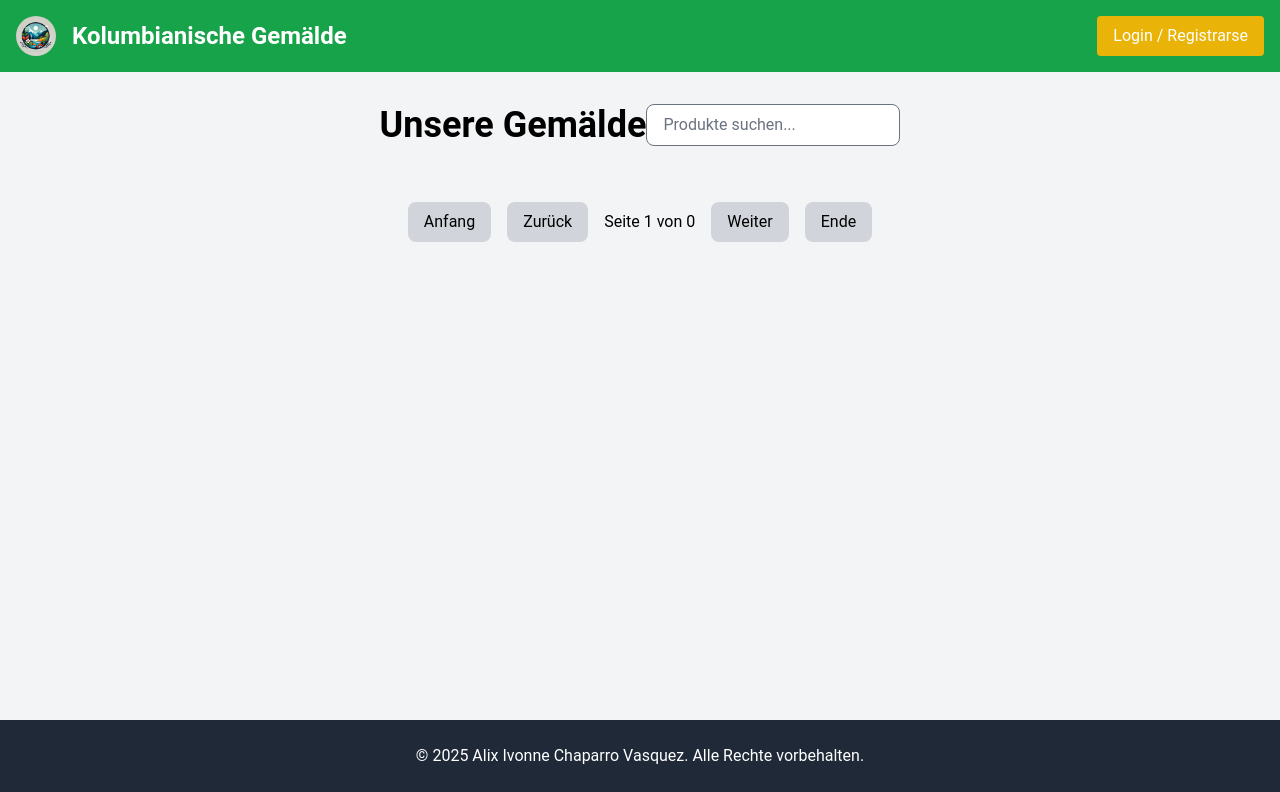
Repository: alixchaparrov/bilder-shop
Page: /
An editor plug-in stored every save of this project. The page is shown before and after the next save, followed by the edit.
The browser window is 1280 px wide. The pictures show the whole page.
The page's requests for data from a server got no answer. The project was rebuilt for these pictures with package versions that can differ from the ones it lists, and the page was loaded fresh each time. The framework's server and built-in components were replaced by stand-ins that run in the browser. No one was signed in, and anything a server would have sent is missing. Also part of the build but not shown: next.config.ts, src/app/components/AuthModalContent.tsx, src/store/cartStore.ts, src/app/components/ProductCard.tsx.

Above is the page before, as saved 2025-01-04 12:44:30.

### src/app/layout.tsx
"use client";

import "./globals.css";
import { Geist, Geist_Mono } from "next/font/google";
import { AuthProvider } from "@/context/AuthContext"; // Ruta precisa
import Navbar from "@/app/components/Navbar";

const geistSans = Geist({
  variable: "--font-geist-sans",
  subsets: ["latin"],
});

const geistMono = Geist_Mono({
  variable: "--font-geist-mono",
  subsets: ["latin"],
});

export default function RootLayout({
  children,
}: {
  children: React.ReactNode;
}) {
  return (
    <html lang="de">
      <head>
        <title>Kolumbianische Gemälde</title>
        <meta
          name="description"
          content="Galerie von kolumbianischen Landschaftsgemälden. Entdecken Sie die Schönheit Kolumbiens durch unsere einzigartigen Kunstwerke."
        />
        <link rel="icon" href="/favicon.png" />
      </head>
      <body className={`${geistSans.variable} ${geistMono.variable} antialiased`}>
        <AuthProvider>
          <Navbar />
          {children}
        </AuthProvider>
      </body>
    </html>
  );
}

### src/app/page.tsx
"use client";

import { useState, useEffect } from "react";
import client from "@/lib/sanity"; // Cliente de Sanity
import ProductCard from "@/app/components/ProductCard";
import Navbar from "@/app/components/Navbar"; // Asegúrate de que el Navbar esté correctamente importado

export default function Home() {
  const [products, setProducts] = useState([]); // Estado para productos
  const [searchQuery, setSearchQuery] = useState("");
  const [darkMode, setDarkMode] = useState(false);
  const [currentPage, setCurrentPage] = useState(1);
  const itemsPerPage = 6; // Productos por página

  // Cargar productos desde Sanity
  useEffect(() => {
    const fetchProducts = async () => {
      try {
        const fetchedProducts = await client.fetch(`*[_type == "product"]`);
        setProducts(fetchedProducts);
      } catch (err) {
        console.error("Error al cargar productos:", err);
      }
    };

    fetchProducts();
  }, []);

  // Filtrar productos
  const filteredProducts = products.filter((product) =>
    product.name.toLowerCase().includes(searchQuery.toLowerCase())
  );

  const totalPages = Math.ceil(filteredProducts.length / itemsPerPage);
  const paginatedProducts = filteredProducts.slice(
    (currentPage - 1) * itemsPerPage,
    currentPage * itemsPerPage
  );

  return (
    <div
      className={`min-h-screen flex flex-col ${
        darkMode ? "bg-gray-900 text-white" : "bg-gray-100 text-black"
      }`}
    >

      <main className="flex-grow pt-24 p-4 sm:p-8 max-w-7xl mx-auto">
        <div className="flex justify-between items-center mb-6">
          <h2 className="text-2xl sm:text-3xl lg:text-4xl font-semibold">
            Unsere Gemälde
          </h2>
          <input
            type="text"
            placeholder="Produkte suchen..."
            className="px-4 py-2 rounded-lg text-black"
            value={searchQuery}
            onChange={(e) => setSearchQuery(e.target.value)}
          />
        </div>

        {/* Lista de productos */}
        <div className="grid grid-cols-1 sm:grid-cols-2 lg:grid-cols-3 gap-6">
          {paginatedProducts.map((product) => (
            <ProductCard key={product._id} product={product} />
          ))}
        </div>

        {/* Paginación */}
        <div className="flex justify-center items-center mt-8 space-x-4">
          <button
            className="bg-gray-300 px-4 py-2 rounded-lg"
            disabled={currentPage === 1}
            onClick={() => setCurrentPage(1)}
          >
            Anfang
          </button>
          <button
            className="bg-gray-300 px-4 py-2 rounded-lg"
            disabled={currentPage === 1}
            onClick={() => setCurrentPage(currentPage - 1)}
          >
            Zurück
          </button>
          <span>
            Seite {currentPage} von {totalPages}
          </span>
          <button
            className="bg-gray-300 px-4 py-2 rounded-lg"
            disabled={currentPage === totalPages}
            onClick={() => setCurrentPage(currentPage + 1)}
          >
            Weiter
          </button>
          <button
            className="bg-gray-300 px-4 py-2 rounded-lg"
            disabled={currentPage === totalPages}
            onClick={() => setCurrentPage(totalPages)}
          >
            Ende
          </button>
        </div>
      </main>

      {/* Footer */}
      <footer className="bg-gray-800 text-white p-6 text-center">
        <p>
          © {new Date().getFullYear()} Alix Ivonne Chaparro Vasquez. Alle Rechte
          vorbehalten.
        </p>
      </footer>
    </div>
  );
}

### src/app/globals.css
@tailwind base;
@tailwind components;
@tailwind utilities;

/* Color Variables */
:root {
  --background: #f5f5f5;
  --foreground: #333333;
  --primary: #00704A;
  --secondary: #FFB400;
  --accent: #D62828;
}

.dark {
  --background: #121212;
  --foreground: #e0e0e0;
  --primary: #34D399;
  --secondary: #FACC15;
  --accent: #EF4444;
}

/* General Styles */
body {
  background-color: var(--background);
  color: var(--foreground);
  font-family: 'Roboto', sans-serif;
}

/* Navbar */
.navbar {
  @apply fixed top-0 left-0 right-0 z-50 flex justify-between items-center p-4;
  background-color: var(--primary);
  color: white;
}

.navbar input {
  @apply px-4 py-2 rounded-md border;
  border-color: var(--secondary);
  color: var(--foreground);
}

/* Cards */
.card {
  @apply bg-white dark:bg-gray-800 text-black dark:text-white shadow-lg rounded-lg p-6 transition-all;
}

.card:hover {
  @apply transform scale-105 shadow-xl;
}

.card-title {
  @apply text-xl font-bold;
}

.card-description {
  @apply text-sm text-gray-600 dark:text-gray-400;
}

.card-price {
  @apply text-lg font-bold text-primary;
}

/* Buttons */
.btn-primary {
  @apply bg-primary text-white px-4 py-2 rounded-md shadow;
  transition: background-color 0.3s;
}

.btn-primary:hover {
  @apply bg-green-700;
}

.btn-secondary {
  @apply bg-secondary text-black px-4 py-2 rounded-md shadow;
}

.btn-secondary:hover {
  @apply bg-yellow-600;
}

.btn-gray {
  @apply bg-gray-300 text-black px-4 py-2 rounded-md;
}

.btn-gray:disabled {
  @apply bg-gray-200 text-gray-400 cursor-not-allowed;
}

/* Cart Button */
.cart-button {
  @apply relative;
}

.cart-counter {
  @apply absolute -top-2 -right-2 bg-red-500 text-white text-xs font-bold rounded-full w-5 h-5 flex items-center justify-center;
}

/* Modal */
.modal-content {
  @apply bg-white dark:bg-gray-900 p-6 rounded-lg shadow-lg;
}

/* Footer */
footer {
  @apply bg-gray-800 text-white text-center py-4;
}

/* Utilities */
.line-clamp-3 {
  display: -webkit-box;
  -webkit-line-clamp: 3;
  -webkit-box-orient: vertical;
  overflow: hidden;
}

### src/context/AuthContext.tsx
import { createContext, useContext, useState, useEffect } from "react";
import client from "@/lib/sanity";
import bcrypt from "bcryptjs"; // Instala bcryptjs con `npm install bcryptjs`

interface User {
  email: string;
  role: string;
}

interface AuthContextType {
  user: User | null;
  login: (email: string, password: string) => Promise<void>;
  register: (email: string, password: string) => Promise<void>;
  logout: () => void;
}

const AuthContext = createContext<AuthContextType | null>(null);

export const AuthProvider = ({ children }: { children: React.ReactNode }) => {
  const [user, setUser] = useState<User | null>(null);

  const login = async (email: string, password: string) => {
    const query = `*[_type == "user" && email == $email][0]`;
    const result = await client.fetch(query, { email });

    if (!result || !(await bcrypt.compare(password, result.password))) {
      throw new Error("Credenciales incorrectas");
    }

    setUser({ email: result.email, role: result.role });
  };

  const register = async (email: string, password: string) => {
    const hashedPassword = await bcrypt.hash(password, 10);
    await client.create({
      _type: "user",
      email,
      password: hashedPassword,
      role: "user",
    });
  };

  const logout = () => setUser(null);

  return (
    <AuthContext.Provider value={{ user, login, register, logout }}>
      {children}
    </AuthContext.Provider>
  );
};

export const useAuth = () => useContext(AuthContext);

### src/app/components/Navbar.tsx
"use client";

import { useAuth } from "@/context/AuthContext"; // Contexto de autenticación
import { useState, useEffect } from "react";
import AuthModalContent from "./AuthModalContent";

const Navbar = () => {
  const { user, logout } = useAuth(); // Obtener usuario y funciones del contexto
  const [isModalOpen, setIsModalOpen] = useState(false); // Estado del modal de autenticación
  const [isClient, setIsClient] = useState(false); // Asegurar renderizado en cliente

  // Habilitar renderizado en cliente
  useEffect(() => {
    setIsClient(true);
  }, []);

  if (!isClient) return null; // Evitar renderizado en el servidor

  return (
    <>
      {/* Navbar */}
      <nav className="flex justify-between items-center p-4 bg-green-600 text-white">
        {/* Logo y título */}
        <div className="flex items-center space-x-4">
          <img
            src="/images/logo.png"
            alt="Logo"
            className="h-10 w-10 rounded-full"
          />
          <h1 className="text-2xl font-bold">Kolumbianische Gemälde</h1>
        </div>

        {/* Opciones de usuario */}
        <div className="flex items-center space-x-4">
          {user ? (
            <>
              <span>
                Willkommen, <strong>{user.email}</strong>
              </span>
              <button
                onClick={logout}
                className="bg-red-500 hover:bg-red-600 text-white px-4 py-2 rounded"
              >
                Cerrar sesión
              </button>
            </>
          ) : (
            <button
              onClick={() => setIsModalOpen(true)}
              className="bg-yellow-500 hover:bg-yellow-600 text-white px-4 py-2 rounded"
            >
              Login / Registrarse
            </button>
          )}
        </div>
      </nav>

      {/* Modal de autenticación */}
      {isModalOpen && (
        <div className="fixed inset-0 flex items-center justify-center bg-black bg-opacity-50 z-50">
          <div className="bg-white p-6 rounded-lg shadow-lg w-full max-w-md relative">
            {/* Botón para cerrar el modal */}
            <button
              onClick={() => setIsModalOpen(false)}
              className="absolute top-2 right-2 text-gray-600 hover:text-gray-900"
            >
              ✖
            </button>

            {/* Contenido del modal */}
            <AuthModalContent onClose={() => setIsModalOpen(false)} />
          </div>
        </div>
      )}
    </>
  );
};

export default Navbar;

### src/lib/sanity.ts
import { createClient } from "@sanity/client";
import imageUrlBuilder from "@sanity/image-url";

const client = createClient({
  projectId: "mo3mvugi", // Reemplaza con tu Project ID
  dataset: "production",
  apiVersion: "2023-01-01",
  useCdn: true,
});


// Initialize URL builder
const builder = imageUrlBuilder(client);

// Helper function to build image URLs
export const urlFor = (source: any) => builder.image(source);

export default client;

### tailwind.config.ts
import type { Config } from "tailwindcss";

const config: Config = {
  content: [
    "./src/**/*.{js,ts,jsx,tsx}",
    "./src/pages/**/*.{js,ts,jsx,tsx}",
    "./src/components/**/*.{js,ts,jsx,tsx}",
    "./src/app/**/*.{js,ts,jsx,tsx}",
  ],
  theme: {
    extend: {
      colors: {
        primary: "#00704A",
        secondary: "#FFB400",
        accent: "#D62828",
        background: "#F3F4F6",
        card: "#FFFFFF",
        textDark: "#1B1B1B",
        textLight: "#FAFAFA",
      },
      fontFamily: {
        sans: ["Poppins", "sans-serif"],
        serif: ["Merriweather", "serif"],
      },
      boxShadow: {
        card: "0 4px 6px rgba(0, 0, 0, 0.1)",
      },
    },
  },
  darkMode: "class",
  plugins: [require("@tailwindcss/forms")],
};

export default config;

After the next save:
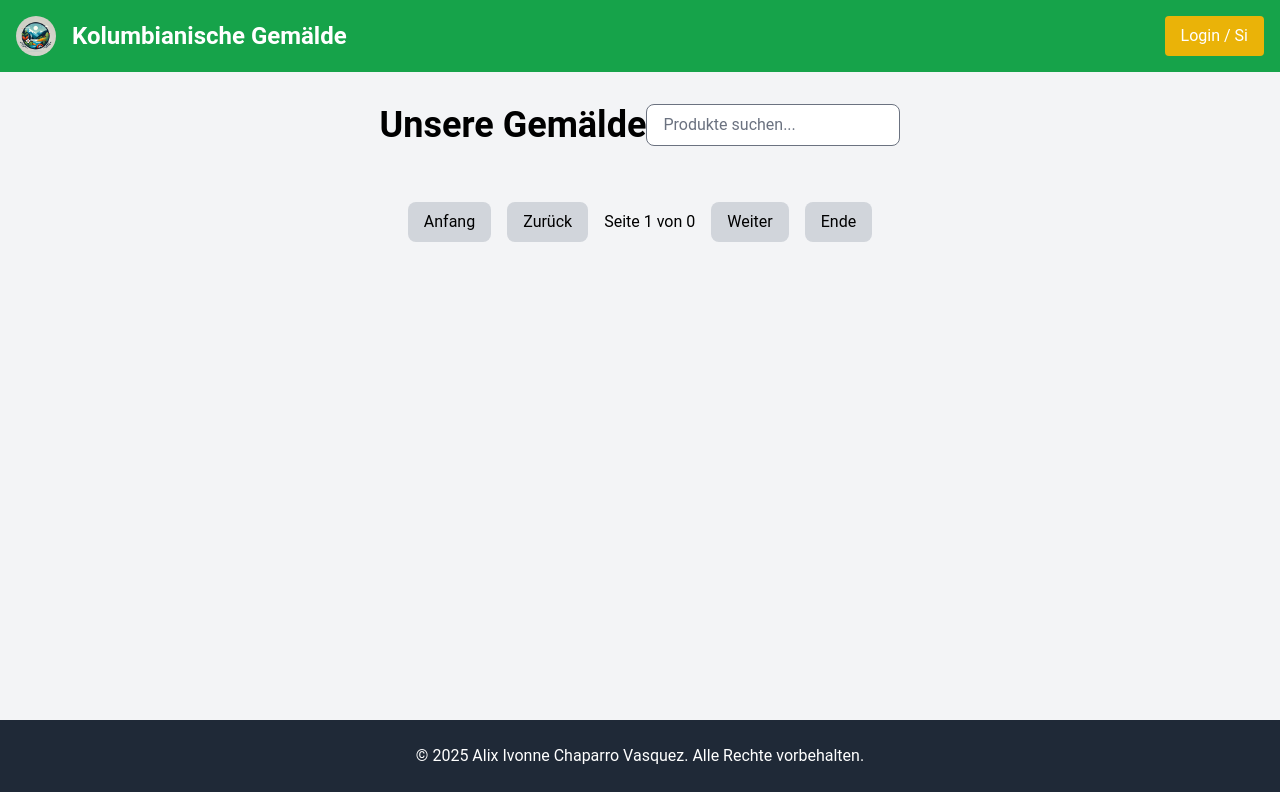
Saved 6 s later.
--- a/src/app/components/Navbar.tsx
+++ b/src/app/components/Navbar.tsx
@@ -49,7 +49,7 @@ const Navbar = () => {
               onClick={() => setIsModalOpen(true)}
               className="bg-yellow-500 hover:bg-yellow-600 text-white px-4 py-2 rounded"
             >
-              Login / Registrarse
+              Login / Si
             </button>
           )}
         </div>
